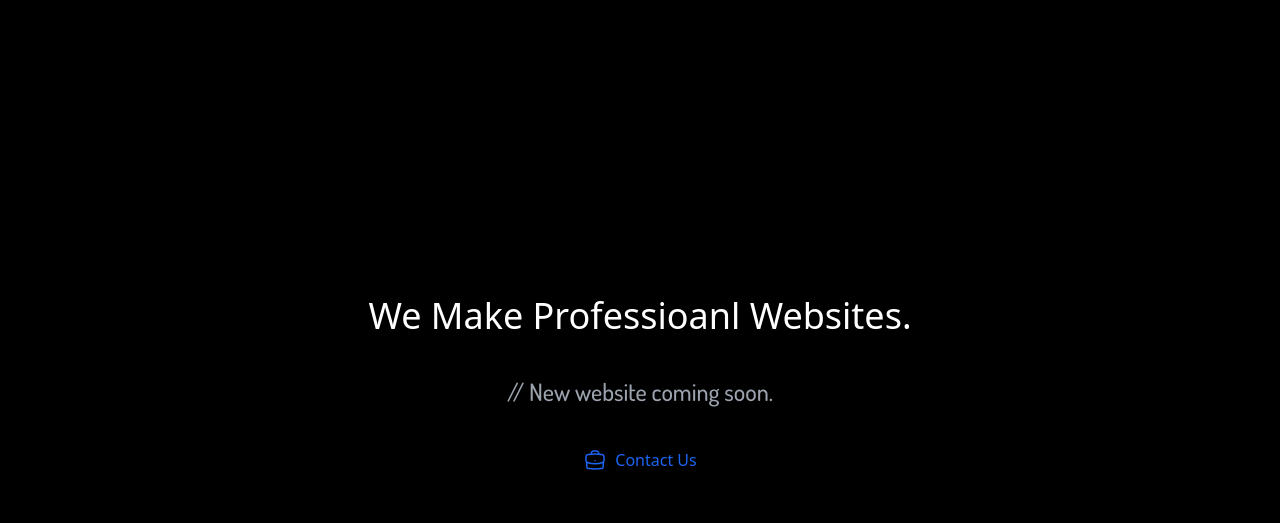
Repository: 1realjulius/webncos
Page: /
These files come from the project's save history. The page is drawn as it stood at one moment and after the next save; the edit follows.
The browser window is 1280 px wide. The pictures show the whole page.
The project was rebuilt for these pictures with package versions that can differ from the ones it lists, and the page was loaded fresh each time. The framework's server and built-in components were replaced by stand-ins that run in the browser. Also part of the build but not shown: next.config.js.

Above is the page before, as saved 2022-09-13 14:18:29.

After the next save:
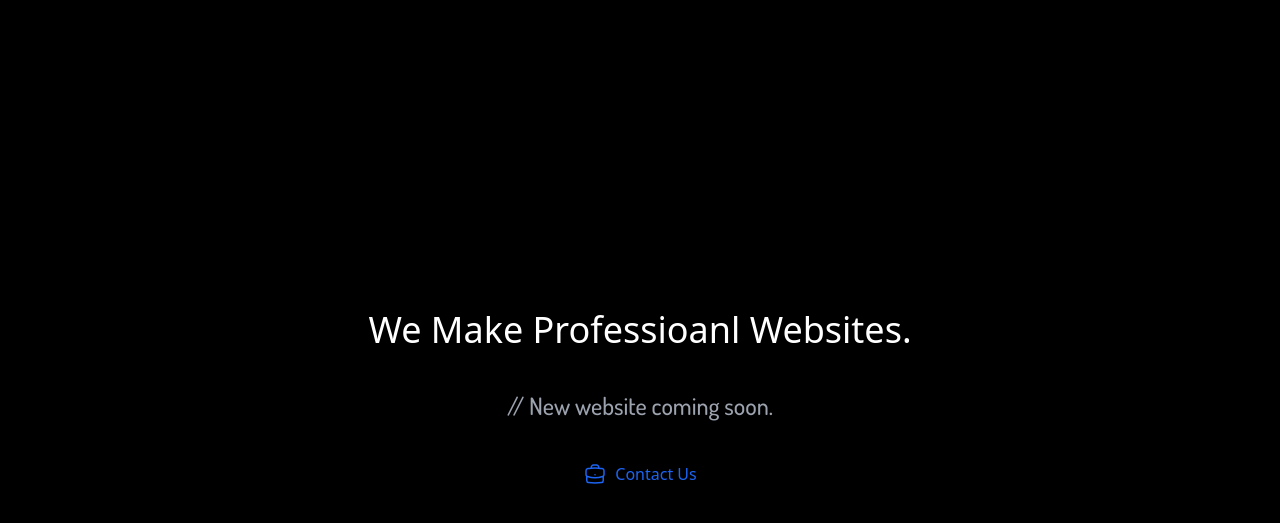
Saved 63 s later.
--- a/components/ComingSoon.tsx
+++ b/components/ComingSoon.tsx
@@ -7,6 +7,17 @@ const ComingSoon = () => {
     <div className="flex flex-col items-center justify-center text-white">
       <div className="max-w-7xl min-h-screen flex flex-col items-center justify-center">
         <div className="p-4 text-center">
+          <div>
+            <Link href="#">
+              <Image
+                src="/Assets/webncos-logo-lg.svg"
+                width={100}
+                height={22}
+                alt="webncos logo"
+                className=""
+              />
+            </Link>
+          </div>
           <h1 className="text-2xl md:text-4xl md:my-10 my-6">
             We Make Professioanl Websites.
           </h1>
